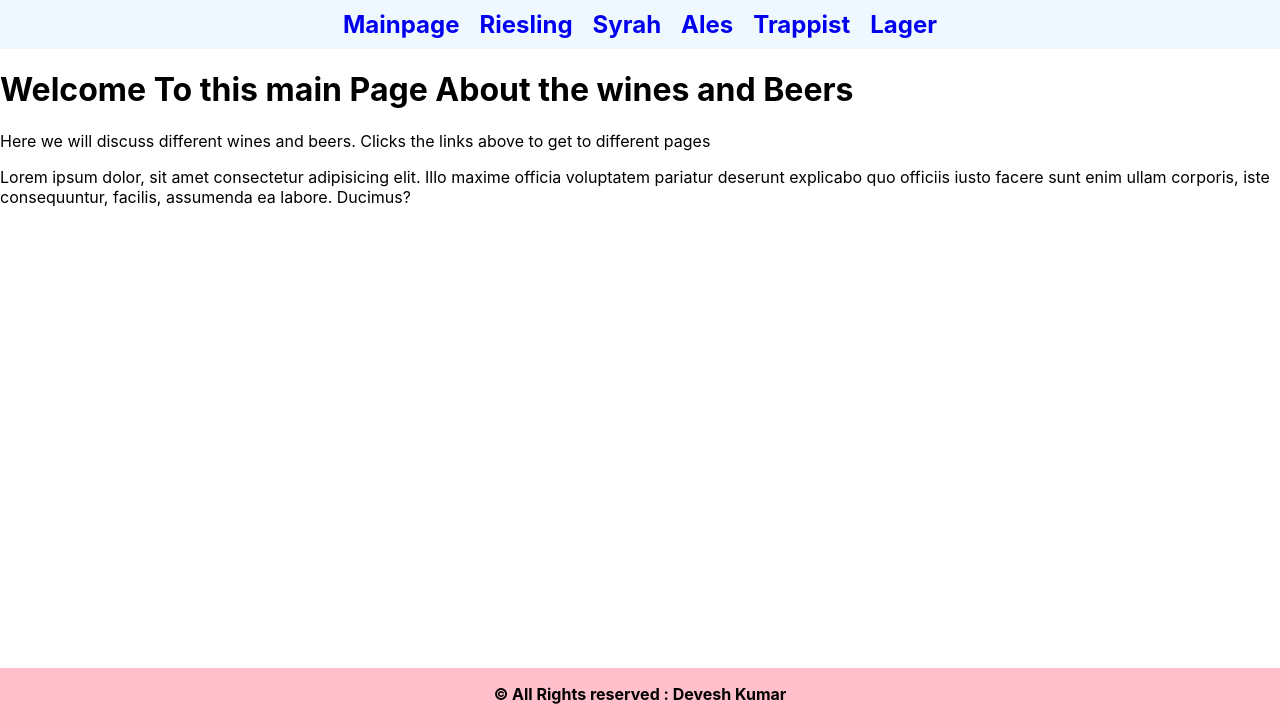
Repository: portretrieve/react-practice
Page: /
An editor plug-in stored every save of this project. The page is shown before and after the next save, followed by the edit.
The browser window is 1280 px wide. The pictures show the whole page.
The project was rebuilt for these pictures with package versions that can differ from the ones it lists, and the page was loaded fresh each time. Also part of the build but not shown: src/wines/Riesling.js, src/wines/Syrah.js, src/beers/Ale.js, src/beers/Lager.js, src/beers/Trappist.js.

Above is the page before, as saved 2021-08-26 19:42:54.

### src/App.js
import { BrowserRouter, Route, Redirect, Switch } from "react-router-dom";

import Riesling from "./wines/Riesling";
import Syrah from "./wines/Syrah";
import Ale from "./beers/Ale";
import Lager from "./beers/Lager";
import Trappist from "./beers/Trappist";

import Header from "./navigation/Header";
import Footer from "./navigation/Footer";
import MainPage from "./MainPage";
import CenterContent from "./Util/CenterContent";

function App() {
  return (
    <BrowserRouter>
      <Header />
      <Switch>
        <Route path="/" exact>
          <MainPage />
        </Route>
        <Route path="/wines" exact>
          <Riesling />
        </Route>
        <Route path="/wines/syrah" exact>
          <Syrah />
        </Route>
        <Route path="/beers/ale" exact>
          <Ale />
        </Route>
        <Route path="/beers/trappist" exact>
          <Trappist />
        </Route>
        <Route path="/beers/lager" exact>
          <Lager />
        </Route>
        <Redirect to="/" />
      </Switch>
      <Footer />
    </BrowserRouter>
  );
}

export default App;

### src/navigation/Header.js
import React from "react";
import classes from "./header.module.css";
import { Link } from "react-router-dom";

function Header() {
  return (
    <header className={classes.header}>
      <nav>
        <h2>
          <a href="/">Mainpage</a>
        </h2>
        <h2>
          <a href="/wines">Riesling</a>
        </h2>
        <h2>
          <a href="/wines/syrah">Syrah</a>
        </h2>
        <h2>
          <a href="/beers/ale">Ales</a>
        </h2>
        <h2>
          <a href="/beers/trappist">Trappist</a>
        </h2>
        <h2>
          <a href="/beers/lager">Lager</a>
        </h2>
      </nav>
    </header>
  );
}

export default Header;

### src/navigation/Footer.js
import React from "react";
import classes from "./footer.module.css";

function Footer() {
  return (
    <footer className={classes.center}>
      <p>&copy; All Rights reserved : Devesh Kumar</p>
    </footer>
  );
}

export default Footer;

### src/MainPage.js
import React from "react";

function MainPage() {
  return (
    <div>
      <h1>Welcome To this main Page About the wines and Beers</h1>
      <p>
        Here we will discuss different wines and beers. Clicks the links above
        to get to different pages
      </p>
      <p>
        Lorem ipsum dolor, sit amet consectetur adipisicing elit. Illo maxime
        officia voluptatem pariatur deserunt explicabo quo officiis iusto facere
        sunt enim ullam corporis, iste consequuntur, facilis, assumenda ea
        labore. Ducimus?
      </p>
    </div>
  );
}

export default MainPage;

### src/navigation/header.module.css
.header {
    margin: 0 auto;
    text-align: center;
    background-color: aliceblue;
}

h2 {
    display: inline-block;
    margin: 10px;
}

a {
    text-decoration: none;
}

### src/navigation/footer.module.css
.center {
    text-align: center;
    background-color: pink;
    font-weight: 700;
    position: fixed;
    bottom: 0;
    left: 0;
    right: 0;
    margin: 0;
    padding: 0;
}

### src/Util/CenterContent.js
import React from "react";

const styles = {
  backgroundColor: "gray"
};

function CenterContent(props) {
  return <div style={styles}>{props.children}</div>;
}

export default CenterContent;

Loaded but not shown: public/index.html (common file); src/index.js (common file); src/index.css (common file)

After the next save:
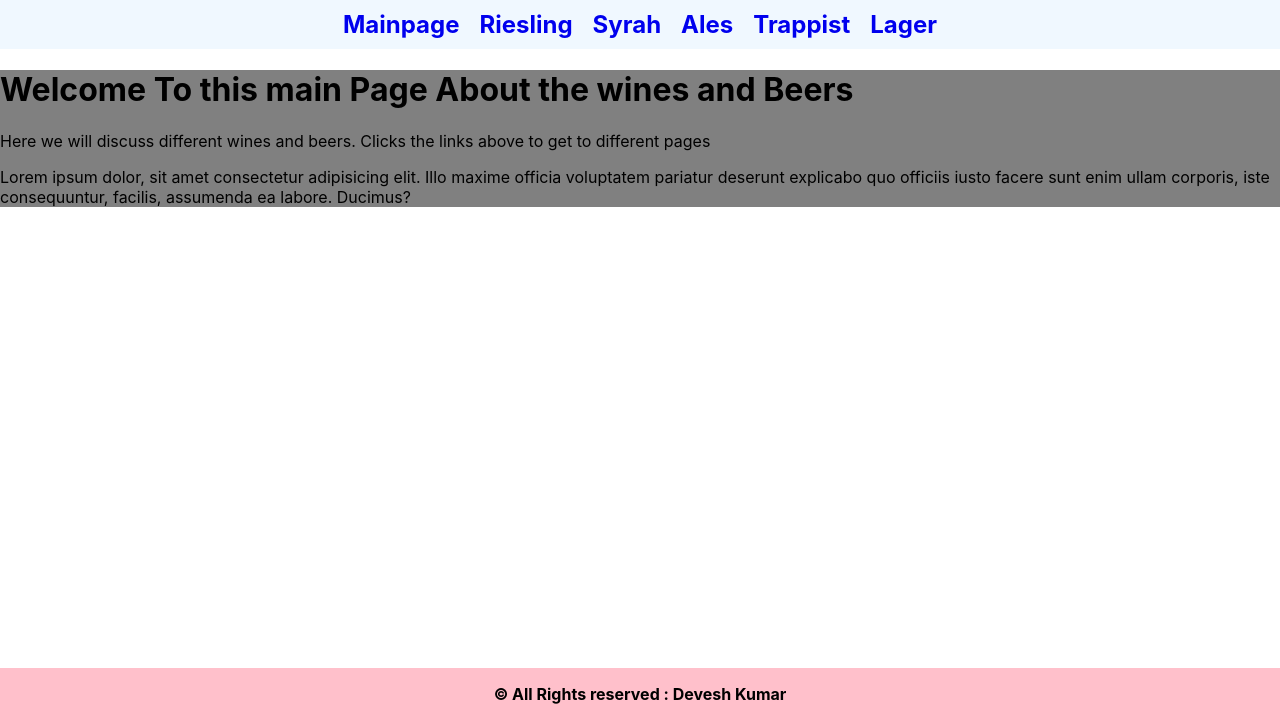
Saved 25 s later.
--- a/src/App.js
+++ b/src/App.js
@@ -17,7 +17,9 @@ function App() {
       <Header />
       <Switch>
         <Route path="/" exact>
-          <MainPage />
+          <CenterContent>
+            <MainPage />
+          </CenterContent>
         </Route>
         <Route path="/wines" exact>
           <Riesling />
